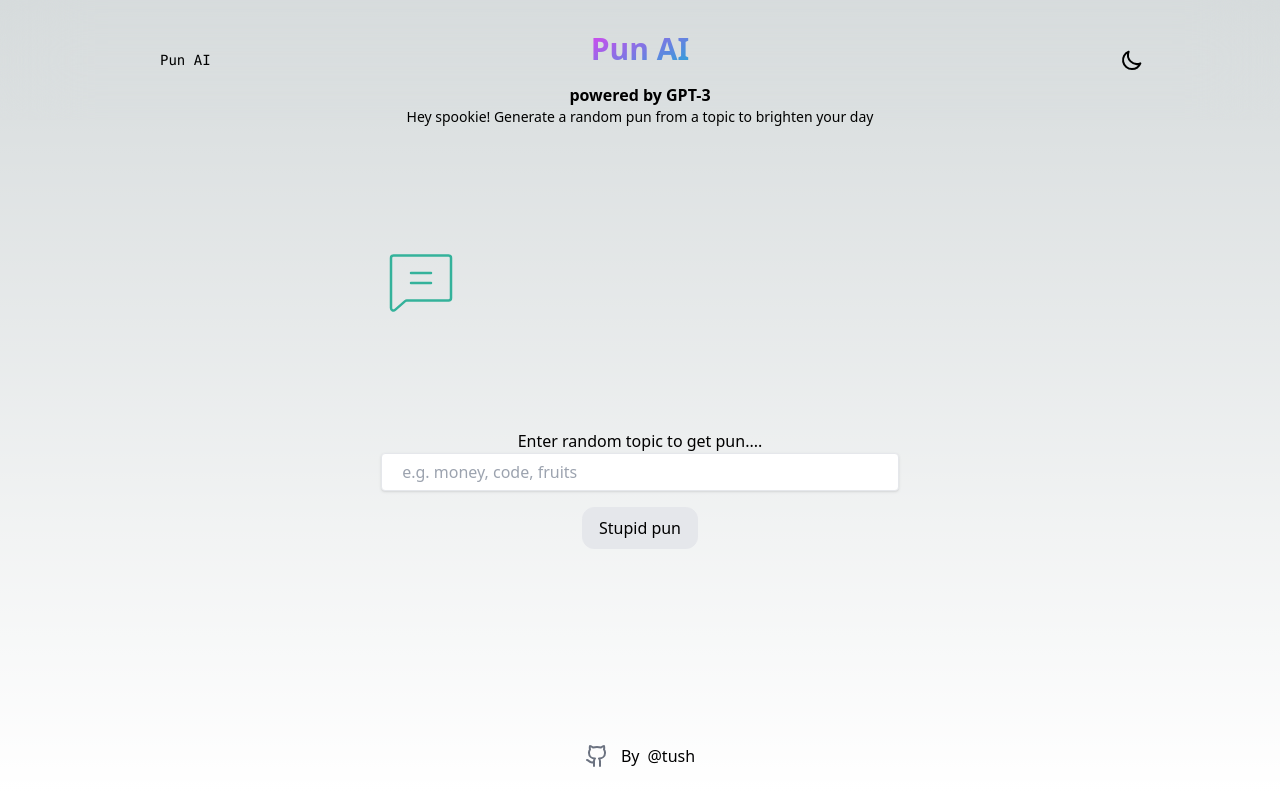
Repository: tushcmd/next-puns-ai
Page: /
These files come from the project's save history. The page is drawn as it stood at one moment and after the next save; the edit follows.
The browser window is 1280 px wide. The pictures show the whole page.
The project was rebuilt for these pictures with package versions that can differ from the ones it lists, and the page was loaded fresh each time. The framework's server and built-in components were replaced by stand-ins that run in the browser. Also part of the build but not shown: next.config.mjs, app/components/Spinner.tsx.

Above is the page before, as saved 2024-03-08 01:56:22.

### app/layout.tsx
import type { Metadata } from "next";
import { Inter } from "next/font/google";
import "./globals.css";

const inter = Inter({ subsets: ["latin"] });

export const metadata: Metadata = {
  title: "Create Next App",
  description: "Generated by create next app",
};

export default function RootLayout({
  children,
}: Readonly<{
  children: React.ReactNode;
}>) {
  return (
    <html lang="en">
      <body className={`bg-background text-color {inter.className} w-full overflow-y-visible overflow-x-hidden`}>{children}</body>
    </html>
  );
}

### app/page.tsx
import Footer from "./components/footer";
import Header from "./components/header";
import Hero from "./components/hero";



export default function Home() {

  return (
    <main className="flex min-h-screen flex-col items-center">
      <Header />
      <Hero />
      <Footer />
    </main>
  );
}



 {/* async function handleSubmit(e: FormEvent:<HTMLFormElement>) {
    return ;
  }    */}

{/*Nav*/}
{/*
      <div className="z-10 max-w-5xl w-full items-center justify-between font-mono text-sm lg:flex">
        <p className="fixed left-0 top-0 flex w-full justify-center border-b border-gray-300 bg-gradient-to-b from-zinc-200 py-2 backdrop-blur-2xl dark:border-neutral-800 dark:bg-zinc-800/30 dark:from-inherit lg:static lg:w-auto  lg:rounded-xl lg:border lg:bg-gray-200 lg:p-0 lg:dark:bg-zinc-800/30">
          Pun AI
        </p>

        <div className="fixed bottom-0 left-0 flex h-48 w-full items-end justify-center bg-gradient-to-t from-white via-white dark:from-black dark:via-black lg:static lg:h-auto lg:w-auto lg:bg-none">
          {/*<div>
            Dak
       </div>
          <a
            className="pointer-events-none flex place-items-center gap-2 p-8 lg:pointer-events-auto lg:p-0"
            href="https://tushdev.co/"
            target="_blank"
            rel="noopener noreferrer"
          >
            By{" "}
            <p>@tush</p>
          </a>
        </div>
      </div>

      <div className="relative flex flex-col place-items-center before:absolute before:h-[300px] before:w-full sm:before:w-[480px] before:-translate-x-1/2 before:rounded-full before:bg-gradient-radial before:from-white before:to-transparent before:blur-2xl before:content-[''] after:absolute after:-z-20 after:h-[180px] after:w-full sm:after:w-[240px] after:translate-x-1/3 after:bg-gradient-conic after:from-sky-200 after:via-blue-200 after:blur-2xl after:content-[''] before:dark:bg-gradient-to-br before:dark:from-transparent before:dark:to-blue-700 before:dark:opacity-10 after:dark:from-sky-900 after:dark:via-[#0141ff] after:dark:opacity-40 before:lg:h-[360px] z-[-1]">
        <p className="p-4 lg:pb-8 text-xl">
          Generate a random pun from a topic to brighten your day <br /> with Pun AI
        </p>
        <svg
          xmlns="http://www.w3.org/2000/svg"
          width="156"
          height="156"
          viewBox="0 0 24 24"
          fill="none"
          stroke="#FFFFFF"
          stroke-width="2"
          stroke-linecap="round"
          stroke-linejoin="round"
          className="lucide lucide-smile"><circle cx="12" cy="12" r="10" /><path d="M8 14s1.5 2 4 2 4-2 4-2" /><line x1="9" x2="9.01" y1="9" y2="9" /><line x1="15" x2="15.01" y1="9" y2="9"
          />
        </svg>
      </div>

      <form className="flex flex-col justify-between mb-32 text-center lg:max-w-3xl lg:w-full lg:mb-0 lg:grid-cols-4">
        <div className='w-full mb-4'>
          <label className="block items-center justify-center mb-4" htmlFor="prompt-input">
            Enter random topic to get pun...
          </label>
          <input
            className="shadow appearance-none border rounded w-full py-2 px-3 text-gray-700 leading-tight focus:outline-none focus:shadow-outline"
            id="prompt-input"
            type="text"
            placeholder="e.g. money, code, fruits">
          </input>
        </div>
        <button
          type="submit"
          className="bg-blue-500 hover:bg-blue-700 text-white font-bold py-2 px-4 rounded focus:outline-none focus:shadow-outline"
        >
          Generate Pun
        </button>
      </form> */}

### app/globals.css
@tailwind base;
@tailwind components;
@tailwind utilities;


@layer base {
  :root {
    --foreground-rgb: 0, 0, 0;
    --background-start-rgb: 214, 219, 220;
    --background-end-rgb: 255, 255, 255;
  }

  .dark {
    --foreground-rgb: 255, 255, 255;
    --background-start-rgb: 0, 0, 0;
    --background-end-rgb: 0, 0, 0;
  }


}


* {
  scroll-behavior: smooth;
}


body {
  color: rgb(var(--foreground-rgb));
  background: linear-gradient(
      to bottom,
      transparent,
      rgb(var(--background-end-rgb))
    )
    rgb(var(--background-start-rgb));
}

@layer utilities {
  .text-balance {
    text-wrap: balance;
  }
}

### app/components/footer.tsx
import Link from "next/link";


export default function Footer() {
    return (
        <div className="inline-flex p-6 max-w-3xl gap-3 items-center text-center">
            <div>
                <Link
                    href="https://github.com/#"
                    target="_blank"
                    rel="noreferrer"
                    className="text-gray-500 hover:text-gray-900 dark:text-gray-400 dark:hover:text-gray-200"
                >
                    <svg xmlns="http://www.w3.org/2000/svg" width="24" height="24" viewBox="0 0 24 24" fill="none" stroke="currentColor" stroke-width="2" stroke-linecap="round" stroke-linejoin="round" className="lucide lucide-github"><path d="M15 22v-4a4.8 4.8 0 0 0-1-3.5c3 0 6-2 6-5.5.08-1.25-.27-2.48-1-3.5.28-1.15.28-2.35 0-3.5 0 0-1 0-3 1.5-2.64-.5-5.36-.5-8 0C6 2 5 2 5 2c-.3 1.15-.3 2.35 0 3.5A5.403 5.403 0 0 0 4 9c0 3.5 3 5.5 6 5.5-.39.49-.68 1.05-.85 1.65-.17.6-.22 1.23-.15 1.85v4" /><path d="M9 18c-4.51 2-5-2-7-2" /></svg>
                </Link>
            </div>
            <Link
                className="pointer-events-none flex place-items-center gap-2 px-8 lg:pointer-events-auto lg:p-0"
                href="https://tushdev.co/"
                target="_blank"
                rel="noopener noreferrer"
            >
                By{" "}
                <p>@tush</p>
            </Link>

        </div>
    )
}

### app/components/header.tsx
import Link from "next/link";
import ThemeSwitchButton from "./ThemeSwitchButton";

export default function Header() {
    return (
        <header className="fixed flex justify-center items-center w-full t-0 md:pb-4 md:pt-4 backdrop-blur-2xl">
            <div className="flex flex-row items-center w-full py-6 md:max-w-5xl justify-between font-mono text-sm">
                <Link
                    className="px-8"
                    href='/'
                >
                    Pun AI
                </Link>

                <ThemeSwitchButton />
            </div>
        </header>


    );
}


{/*<header className = 'fixed flex justify-center items-center w-full z-50 t-0 border-gray-300 bg-gradient-to-b from-zinc-200 pb-6 pt-8 backdrop-blur-2xl dark:border-neutral-800 dark:bg-zinc-800/30 dark:from-inherit lg:static  lg:rounded-xl lg:border lg:bg-gray-200 lg:p-4 lg:dark:bg-zinc-800/30'>
            <div className="flex items-start md:max-w-5xl py-3 w-auto md:px-5 px-5 justify-start font-mono text-sm">
                <Link href='/' className=''> Pun AI</Link>
            </div>
        </header> */}

{/*} <div className="flex flex-row z-10 max-w-5xl w-full items-center justify-between font-mono text-sm">
            <p className="fixed left-0 top-0 flex items-start border-b border-gray-300 bg-gradient-to-b from-zinc-200 pb-6 pt-8 backdrop-blur-2xl dark:border-neutral-800 dark:bg-zinc-800/30 dark:from-inherit lg:static w-auto  lg:rounded-xl lg:border lg:bg-gray-200 lg:p-4 lg:dark:bg-zinc-800/30">
                Pun AI
            </p>
            <p>h2</p>
        </div> */}

### app/components/hero.tsx
'use client'

import { useState, FormEvent } from "react";
import Spinner from "./Spinner";




export default function Hero() {

    const [pun, setPun] = useState("");
    const [punLoading, setPunLoading] = useState(false);
    const [punLoadingError, setPunLoadingError] = useState(false);

    async function handleSubmit(e: FormEvent<HTMLFormElement>) {
        e.preventDefault();
        const formData = new FormData(e.target as HTMLFormElement);
        const prompt = formData.get("prompt")?.toString().trim();

        if (prompt) {
            try {
                setPun("");
                setPunLoadingError(false);
                setPunLoading(true);

                const response = await fetch("/api/cringe?prompt=" + encodeURIComponent(prompt));
                const body = await response.json();
                setPun(body.pun);
            } catch (error) {
                console.error(error);
                setPunLoadingError(true);
            } finally {
                setPunLoading(false);
            }
        }
    }



    return (
        <div className="flex flex-col relative justify-center items-center h-screen md:py-10 py-6 overflow-wrap max-w-3xl px-5">
            <p className="text-3xl font-bold pb-4 bg-gradient-to-br from-fuchsia-500 to-cyan-500 bg-clip-text text-transparent">Pun AI</p>
            <p className="text-base font-bold">powered by GPT-3</p>
            <div className="text-sm">Hey spookie! Generate a random pun from a topic to brighten your day</div>
            <div className='mx-[2rem] relative w-full flex items-center aspect-[12/7]'>
                <svg xmlns="http://www.w3.org/2000/svg" width="80" height="80" fill="#34b29b" viewBox="0 0 256 256"><path d="M216,52H40A12,12,0,0,0,28,64V224a11.89,11.89,0,0,0,6.93,10.88A12.17,12.17,0,0,0,40,236a11.89,11.89,0,0,0,7.69-2.83l.06-.06,32.14-28.17A4,4,0,0,1,82.5,204H216a12,12,0,0,0,12-12V64A12,12,0,0,0,216,52Zm4,140a4,4,0,0,1-4,4H82.5a12.1,12.1,0,0,0-7.79,2.87l-32.16,28.2A4,4,0,0,1,36,224V64a4,4,0,0,1,4-4H216a4,4,0,0,1,4,4Zm-56-80a4,4,0,0,1-4,4H96a4,4,0,0,1,0-8h64A4,4,0,0,1,164,112Zm0,32a4,4,0,0,1-4,4H96a4,4,0,0,1,0-8h64A4,4,0,0,1,164,144Z"></path></svg>
            </div>
            <form onSubmit={handleSubmit} className='flex flex-col justify-between mb-32 text-center items-center'>
                <div className='mb-4'>
                    <label
                        className="pb-8"
                    >
                        Enter random topic to get pun....
                    </label>
                    <input
                        className="shadow appearance-none border rounded w-full py-2 px-5 text-gray-700 leading-tight focus:outline-none focus:shadow-outline"
                        id="prompt-input"
                        type="text"
                        placeholder="e.g. money, code, fruits">
                    </input>
                </div>
                <button type='submit' className='mb-3 border static rounded-xl bg-gray-200 py-2 px-4 hover:bg-zinc-400 dark:bg-zinc-800/30' disabled={punLoading}>
                    Stupid pun
                </button>
            </form>

            {punLoading && <Spinner />}
            {punLoadingError && "Something went wrong. Please try again."}
            {pun && <h5>{pun}</h5>}
        </div>
    )
}

### app/components/ThemeSwitchButton.tsx
'use client'

import { useEffect, useState } from 'react';
import { useTheme } from 'next-themes';

export default function ThemeSwitchButton() {
    const [mounted, setMounted] = useState(false);
    const { resolvedTheme, setTheme } = useTheme();
    // After mounting, we have access to the theme
    useEffect(() => setMounted(true), []);

    return (

        <button
            aria-label="Toggle Dark Mode"
            type="button"
            className="w-10 h-10  flex items-center justify-center hover:bg-neutral-200 hover:dark:bg-neutral-600 rounded-full transition-all"
            onClick={() =>
                setTheme(resolvedTheme === "dark" ? "light" : "dark")
            }
        >
            {mounted && (
                <svg xmlns="http://www.w3.org/2000/svg"
                    fill="none"
                    viewBox="0 0 24 24"
                    strokeWidth="1.5"
                    stroke="currentColor"
                    className="w-6 h-6 switch">

                    {resolvedTheme === "dark" ? (
                        <path
                            strokeLinecap="round"
                            strokeLinejoin="round"
                            strokeWidth={2}
                            d="M12 3v1m0 16v1m9-9h-1M4 12H3m15.364 6.364l-.707-.707M6.343 6.343l-.707-.707m12.728 0l-.707.707M6.343 17.657l-.707.707M16 12a4 4 0 11-8 0 4 4 0 018 0z"
                        />

                    ) : (
                        <path
                            strokeLinecap="round"
                            strokeLinejoin="round"
                            strokeWidth={2}
                            d="M20.354 15.354A9 9 0 018.646 3.646 9.003 9.003 0 0012 21a9.003 9.003 0 008.354-5.646z"
                        />

                    )}
                </svg>
            )
            }
        </button >

    )
}

### tailwind.config.ts
import type { Config } from "tailwindcss";

const config: Config = {
  darkMode: "class",
  content: [
    "./pages/**/*.{js,ts,jsx,tsx,mdx}",
    "./components/**/*.{js,ts,jsx,tsx,mdx}",
    "./app/**/*.{js,ts,jsx,tsx,mdx}",
  ],
  theme: {
    extend: {
      backgroundImage: {
        "gradient-radial": "radial-gradient(var(--tw-gradient-stops))",
        "gradient-conic":
          "conic-gradient(from 180deg at 50% 50%, var(--tw-gradient-stops))",
      },

      screens: {
        sm: '480px',
        md: '768px',
        lg: '976px',
        xl: '1440px',
      },
    },
  },
  plugins: [],
};
export default config;

After the next save:
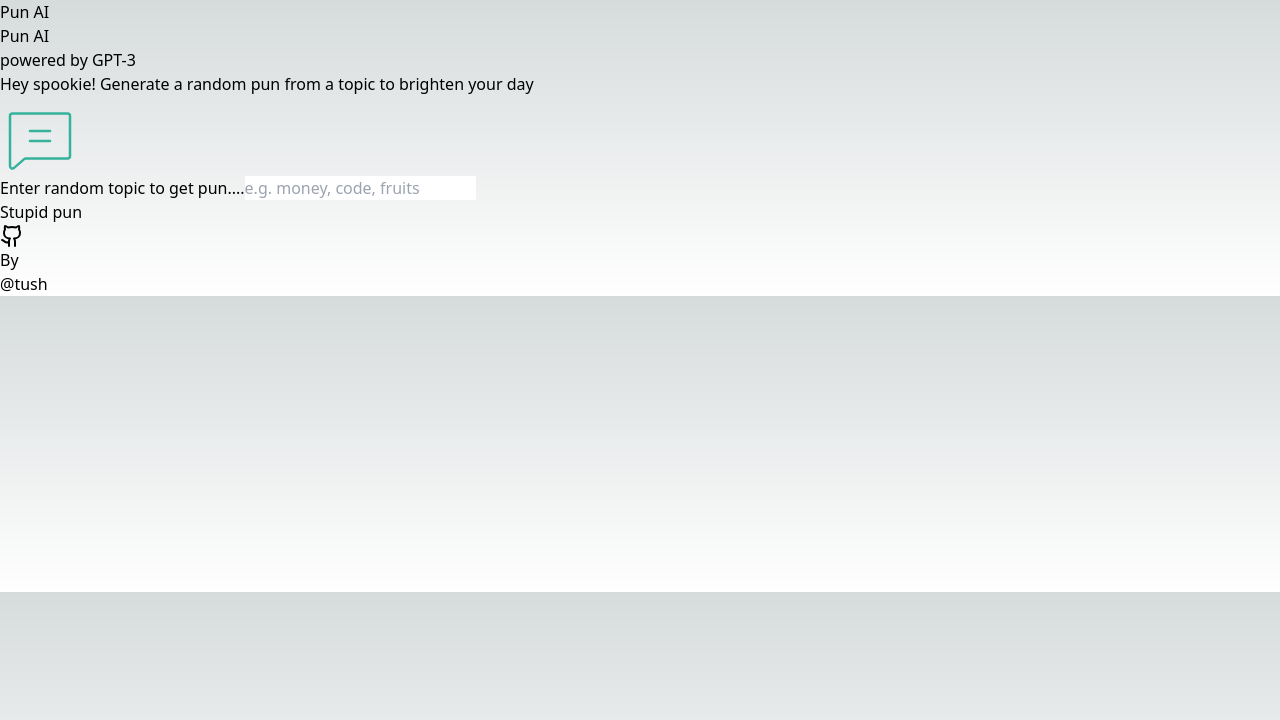
Saved 75 s later.
--- a/tailwind.config.ts
+++ b/tailwind.config.ts
@@ -26,3 +26,7 @@
   plugins: [],
 };
 export default config;
+
+module.exports = {
+  darkMode: 'class'
+}

After the save that followed:
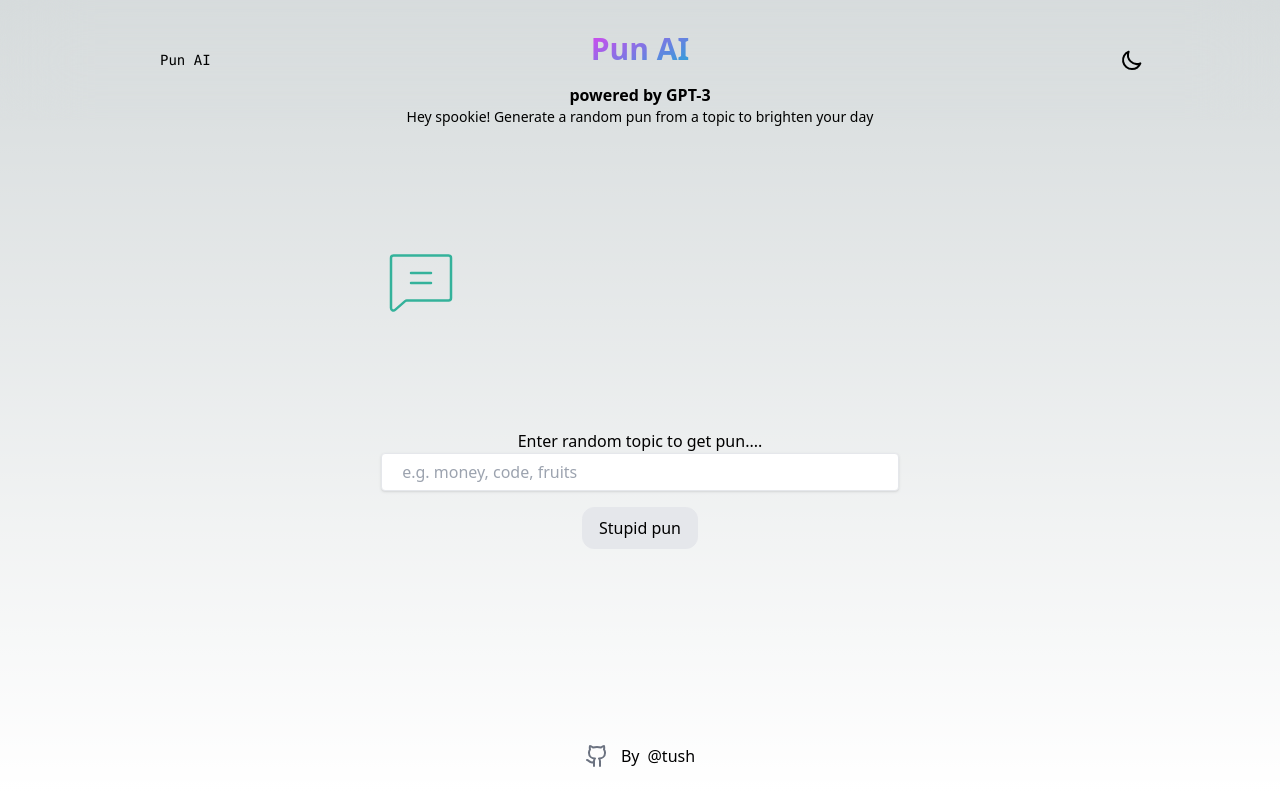
Saved 57 s later.
--- a/tailwind.config.ts
+++ b/tailwind.config.ts
@@ -26,7 +26,3 @@
   plugins: [],
 };
 export default config;
-
-module.exports = {
-  darkMode: 'class'
-}
